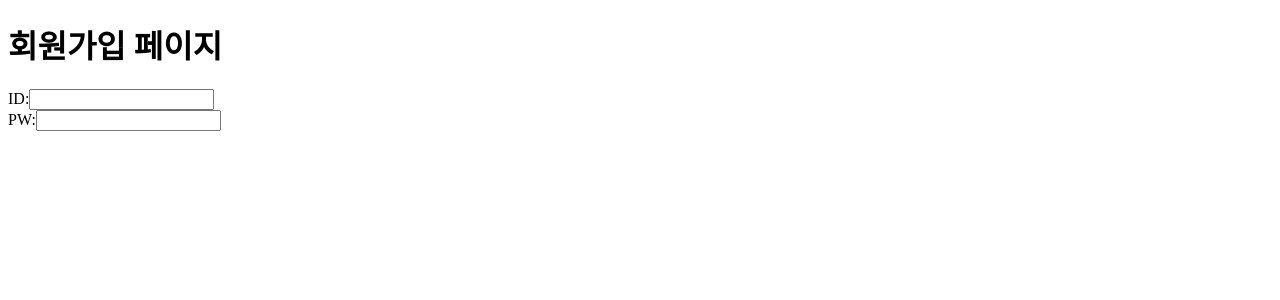
Repository: Gaebulga/eclipse-workspace
Page: http://localhost/181226_Member/
An editor plug-in stored every save of this project. The page is shown before and after the next save, followed by the edit.
The browser window is 1280 px wide. The pictures show the whole page.
The page is served by Tomcat 9. Other server files are loaded and not shown.

Above is the page before, as saved 2018-12-26 04:16:38.

### 181226_Member/WebContent/index.jsp
<%@ page language="java" contentType="text/html; charset=UTF-8"
    pageEncoding="UTF-8"%>
<!DOCTYPE html>
<html>
<head>
<meta charset="UTF-8">
<title>회원가입</title>
</head>
<body>
	<h1> 회원가입 페이지 </h1>

		<form action="member" method="post">
			ID:<input type="text" name="userId"><br>
			PW:<input type="text" name="userPw"><br>
			<input type="hidden" value="signUp" name="action">
		</form>



</body>
</html>

After the next save:
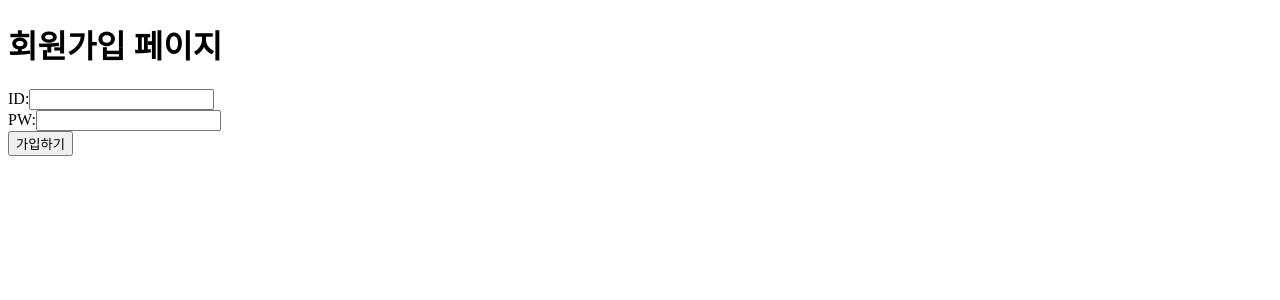
Saved 33 s later.
--- a/181226_Member/WebContent/index.jsp
+++ b/181226_Member/WebContent/index.jsp
@@ -9,10 +9,12 @@
 <body>
 	<h1> 회원가입 페이지 </h1>
 
+		<!-- input type이 3개이면   파라미터도 3개라는 뜻 -->
 		<form action="member" method="post">
 			ID:<input type="text" name="userId"><br>
 			PW:<input type="text" name="userPw"><br>
 			<input type="hidden" value="signUp" name="action">
+			<button>가입하기</button>
 		</form>
 
 
